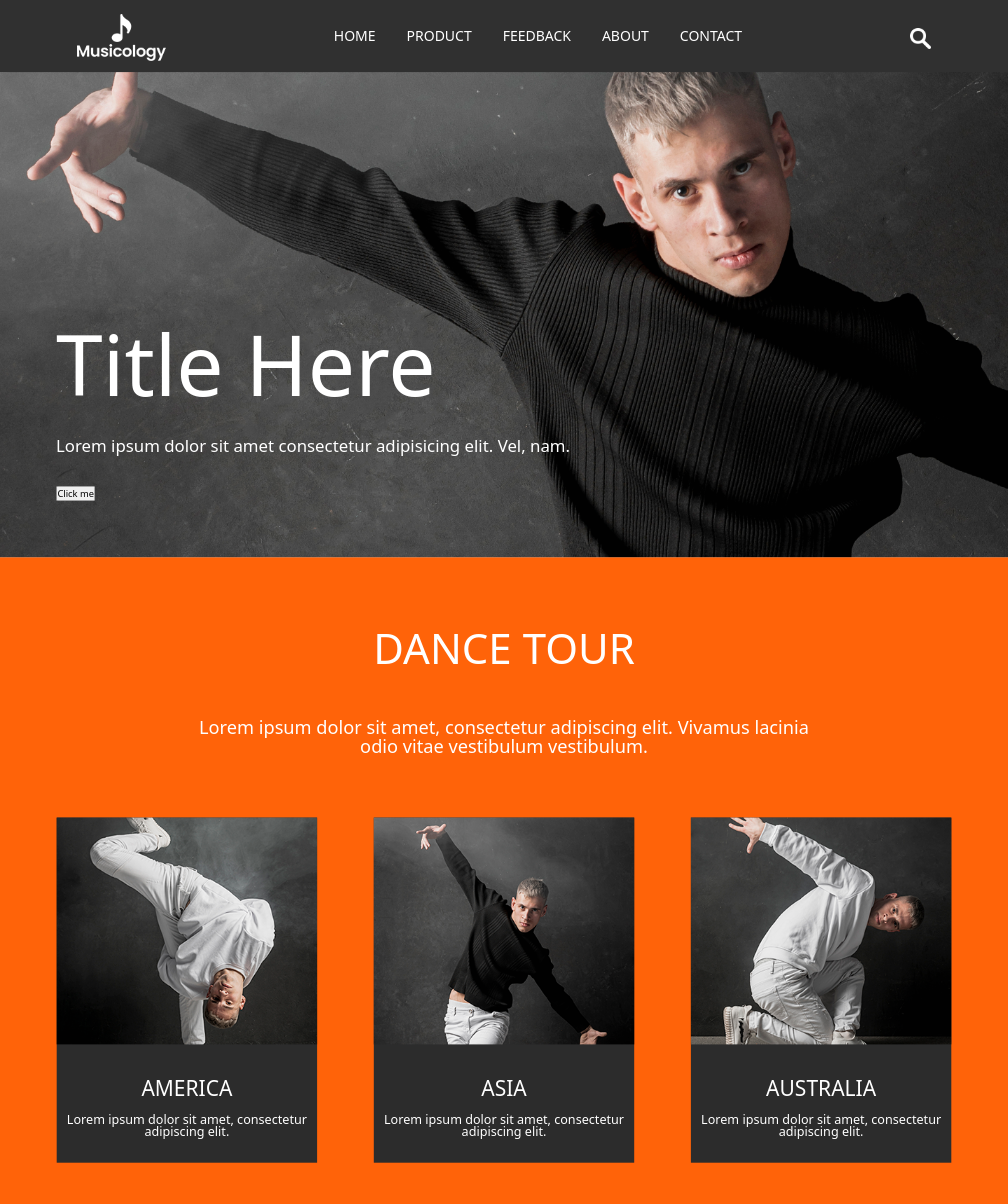
Repository: KinD2704/Web-University
Page: Bai30/index.html
An editor plug-in stored every save of this project. The page is shown before and after the next save, followed by the edit.
The browser window is 1280 px wide. The page is 1440 px wide, so the pictures cover 1440 px, including what lies to the right of the window. The pictures show the part of the page from y = 0 to 1720 px (the page is 7257 px tall), at 70% of full size.

Above is the page before, as saved 2023-12-24 00:59:32.

### Bai30/index.html
<!DOCTYPE html>
<html lang="en">

<head>
    <meta charset="UTF-8" />
    <meta name="viewport" content="width=device-width, initial-scale=1.0" />
    <title>les 30 percent</title>
    <link rel="stylesheet" href="https://cdnjs.cloudflare.com/ajax/libs/font-awesome/6.5.1/css/all.min.css">
    <link rel="stylesheet" href="css/reset.css" />
    <link rel="stylesheet" href="css/global.css">
    <link rel="stylesheet" href="css/styles.css" />
</head>

<body>
    <!-- Header -->
    <header>
        <div class="container d-flex justify-space-around">
            <div>
                <img src="img/logo.png" alt="logo" class="logo1" />
            </div>
            <div>
                <ul>
                    <li><a href="#!" class="text-white transition-05">HOME</a></li>
                    <li><a href="#!" class="text-white transition-05">PRODUCT</a></li>
                    <li><a href="#!" class="text-white transition-05">FEEDBACK</a></li>
                    <li><a href="#!" class="text-white transition-05">ABOUT</a></li>
                    <li><a href="#!" class="text-white transition-05">CONTACT</a></li>
                </ul>
            </div>
            <div>
                <img src="img/search.png" alt="search" class="search" />
            </div>
        </div>
    </header>

    <div class="banner1">
        <div class="banner1__item">
            <div class="banner1__text">
                <p class="text-white">Title Here</p>
            </div>
            <div class="banner1__text2">
                <p class="text-white">Lorem ipsum dolor sit amet consectetur adipisicing elit. Vel, nam.</p>
            </div>
            <div>
                <button class="buttonBtn transition-05">Click me</button>
            </div>
        </div>
    </div>
    <div class="banner2 h-974">
        <div class="banner2__container">
            <div class="banner2__text banner2__text1">
                <p class="text-white text-up">Dance Tour</p>
            </div>
            <div class="banner2__text banner2__text2">
                <p class="text-white">
                    Lorem ipsum dolor sit amet, consectetur adipiscing elit.
                    Vivamus lacinia odio vitae vestibulum vestibulum.
                </p>
            </div>
            <div class="banner2__item d-flex justify-space-evenly">
                <div class="banner2__item1">
                    <img src="img/item1.png" alt="" />
                    <p>AMERICA</p>
                    <p>
                        Lorem ipsum dolor sit amet, consectetur adipiscing
                        elit.
                    </p>
                </div>
                <div class="banner2__item1">
                    <img src="img/item2.png" alt="" />
                    <p>ASIA</p>
                    <p>
                        Lorem ipsum dolor sit amet, consectetur adipiscing
                        elit.
                    </p>
                </div>
                <div class="banner2__item1">
                    <img src="img/item3.png" alt="" />
                    <p>AUSTRALIA</p>
                    <p>
                        Lorem ipsum dolor sit amet, consectetur adipiscing
                        elit.
                    </p>
                </div>
            </div>
        </div>
    </div>
    <div class="banner3">
        <div class="banner2__container">
            <div class="banner2__text banner2__text1">
                <p class="text-white text-up">PRICING</p>
            </div>
            <div class="banner2__text banner2__text2">
                <p class="text-white">
                    The Latest Dance Industry Statistics Unveiled
                </p>
            </div>
            <div class="banner2__item d-flex justify-space-evenly">
                <div class="banner3__item1">
                    <div class="imgBasic"><img src="img/basic.png" alt=""></div>
                    <p>basic</p>
                    <p>Lorem ipsum dolor sit amet, consectetur adipiscing elit</p>
                    <div class="bannerBtn"><button>$150.00</button></div>
                </div>
                <div class="banner3__item1">
                    <div class="imgBasic"><img src="img/basic.png" alt="" /></div>
                    <p>Professional</p>
                    <p>Lorem ipsum dolor sit amet, consectetur adipiscing elit</p>
                    <div class="bannerBtn"><button>$200.00</button></div>
                </div>
                <div class="banner3__item1">
                    <div class="imgBasic"><img src="img/basic.png" alt="" /></div>
                    <p>Ultimate</p>
                    <p>Lorem ipsum dolor sit amet, consectetur adipiscing elit</p>
                    <div class="bannerBtn"><button>$250.00</button></div>
                </div>
            </div>
        </div>
        <div class="banner4 h-974">
            <div class="banner4__container d-flex">
                <div class="banner4__item1">
                    <img src="img/anh-banner4.png" alt="" class="h-974">
                </div>
                <div class="banner4__item2">
                    <p class="p1">BREAKING DANCE</p>
                    <p class="p2">the dancers who perform it. Breaking is popular in many places, but many people do not
                        understand it </p>
                    <div class="bannerBtn1"><button class="banner5-Btn">READ MORE</button></div>
                </div>

            </div>
        </div>
        <div class="banner5 h-974">
            <div class="banner5__container d-flex">
                <div class="banner5__item1">
                    <p class="p1">STREET DANCE</p>
                    <p class="p2">Street dance is a type of dance genre that came to being outside the traditional dance
                        studio</p>
                    <div class="bannerBtn1"><button class="banner5-Btn">READ MORE</button></div>
                </div>
                <div class="banner5__item2">
                    <img src="img/anh-banner5.png" alt="" class="h-974">
                </div>
            </div>
        </div>
        <div class="banner6 h-974">
            <div class="banner2__container">
                <div class="banner2__text banner2__text1">
                    <p class="text-up text-white">Our Statistics</p>
                </div>
                <div class="banner2__text banner2__text2">
                    <p class="text-white">
                        The survey was conducted from November 2022 to January
                        2023, for the reporting period of 2022.
                    </p>
                </div>
                <div class="banner6__item d-flex justify-space-evenly">
                    <div class="banner6__item1">
                        <p class="text-white">1240+</p>
                        <p class="text-white">Club</p>
                    </div>
                    <div class="banner6__item1">
                        <p class="text-white">2000+</p>
                        <p class="text-white">Active member</p>
                    </div>
                    <div class="banner6__item1">
                        <p class="text-white">1000+</p>
                        <p class="text-white">Community</p>
                    </div>
                </div>
            </div>
            <div class="banner7 h-974">
                <div></div>
            </div>
            <div class="banner8">
                <div class="banner2__container">
                    <div class="banner2__text banner2__text1">
                        <p class="text-up text-white">Subscribe</p>
                    </div>
                    <div class="banner2__text banner2__text2">
                        <p class="text-white">
                            The survey was conducted from November 2022 to January
                            2023, for the reporting period of 2022.
                        </p>
                    </div>
                    <div class="contact-email d-flex">
                        <input type="text" placeholder="Your Email" class="yourEmail">
                        <button class="subscribe text-white transition-05">SUBSCRIBE</button>
                    </div>
                </div>
            </div>
            <div class="banner9">
                <div class="banner9__container d-flex justify-space-around">
                    <div class="col-1 d-flex">
                        <p class="text-up">Musicology</p>
                        <p>
                            Lorem ipsum dolor sit amet consectetur adipisicing elit. Sapiente enim repudiandae provident necessitatibus aspernatur distinctio veniam exercitationem veritatis sunt tenetur.
                        </p>
                        <span class="col-1__p3">
                            <i class="fa-brands fa-facebook"></i>
                            <i class="fa-brands fa-instagram"></i>
                            <i class="fa-brands fa-twitter"></i>
                        </span>
                    </div>
                    <div>
                        <div class="col-2 d-flex">
                            <p>ABOUT</p>
                            <p>History</p>
                            <p>Our Team</p>
                            <p>About Me</p>
                            <p>Condition</p>
                            <p>Privacy Policy</p>
                        </div>
                    </div>
                    <div>
                        <div class="col-2 d-flex">
                            <p>OTHER</p>
                            <p>Contact us</p>
                            <p>Help</p>
                            <p>Privacy</p>
                        </div>
                    </div>
                </div>
            </div>

            <!-- Footer -->
            <footer></footer>
</body>

</html>

### Bai30/css/reset.css
article,
aside,
details,
figcaption,
figure,
footer,
header,
hgroup,
menu,
nav,
section {
    display: block;
}
body {
    line-height: 1;
}
ol,
ul {
    list-style: none;
}
blockquote,
q {
    quotes: none;
}
blockquote:before,
blockquote:after,
q:before,
q:after {
    content: "";
    content: none;
}
table {
    border-collapse: collapse;
    border-spacing: 0;
}

### Bai30/css/global.css
.h-974 {
    height: 974px;
}
.text-up {
    text-transform: uppercase;
}
.d-flex {
    display: flex;
}
.text-white {
    color: #ffffff;
}
.justify-space-evenly {
    justify-content: space-evenly;
}
.justify-space-around {
    justify-content: space-around;
}
.transition-05 {
    transition: 0.5s;
}

### Bai30/css/styles.css
* {
    margin: 0;
    padding: 0;
    font-family: system-ui, -apple-system, BlinkMacSystemFont, "Segoe UI",
        Roboto, Oxygen, Ubuntu, Cantarell, "Open Sans", "Helvetica Neue",
        sans-serif;
    box-sizing: border-box;
}
body {
    width: 1440px;
    margin: 0 auto;
}
/* Header */
header {
    position: fixed;
    width: 1440px;
    height: 103px;
    background-color: #303030;
    z-index: 100;
}
.container {
    line-height: 103px;
}
.container .search {
    font-size: 28px;
    margin-top: 40px;
}
.container .logo1 {
    margin-top: 20px;
}
header ul li {
    display: inline-block;
}
header ul li a {
    text-decoration: none;
    font-size: 20px;
    margin: 0 20px;
}
header ul li:hover a {
    color: orange;
}
/* banner 1 */
.banner1 {
    background-image: url("../img/banner1.png");
    height: 796px;
    background-repeat: no-repeat;
    background-size: cover;
    position: relative;
}
.banner1__item {
    position: absolute;
    bottom: 80px;
    left: 80px;
}
.banner1__text p {
    font-size: 120px;
}
.banner1__text2 p {
    font-size: 24px;
    padding: 45px 0;
}
.banner1__item button {
}
/* banner 2 */
.banner2 {
    background-image: url("../img/banner2.png");
}
.banner2__container {
    padding: 100px 0;
}
.banner2__text1 p {
    font-size: 60px;
    text-align: center;
}
.banner2__text2 p {
    font-size: 26px;
    text-align: center;
    width: 892px;
    margin: 0 auto;
    margin-top: 70px;
    margin-bottom: 90px;
}
/* item */
.banner2__item1 {
    background-image: url("/img/background-item.png");
    width: 372px;
    height: 493px;
}

.banner2__item1 p {
    color: #ffffff;
    width: 372px;
}
.banner2__item1 p:first-of-type {
    display: block;
    font-size: 30px;
    text-align: center;
    margin-top: 45px;
}
.banner2__item1 p:last-of-type {
    display: block;
    font-size: 18px;
    text-align: center;
    margin-bottom: 40px;
    margin-top: 20px;
}

/* banner3 */
.banner3 {
    background-image: url("../img/banner3.png");
    height: 974px;
}
.banner3__item1 {
    color: white;
    background-image: url("../img/background-item-1.png");
    width: 372px;
    height: 493px;
}
.banner3__item1 .imgBasic {
    width: 372px;
    text-align: center;
    margin: 60px auto;
}
.banner3__item1 p:first-of-type {
    display: block;
    font-size: 30px;
    text-align: center;
    text-transform: uppercase;
    margin-bottom: 30px;
}
.banner3__item1 p:last-of-type {
    display: block;
    font-size: 18px;
    text-align: center;
    margin-bottom: 30px;
}
.banner3__item1 .bannerBtn {
    margin: 0 auto;
    width: 372px;
    text-align: center;
}
.banner3__item1 button,
.banner5-Btn {
    height: 70px;
    width: 80%;
    text-align: center;
    color: white;
    background-color: #303030;
    border-radius: 5px;
    font-size: 20px;
    transition: 0.5s;
}
.bannerBtn:hover button,
.banner5-Btn:hover,
.subscribe:hover {
    background-color: gold;
    cursor: pointer;
    color: sienna;
}
/* Banner 4 */
.banner4 {
    background-image: url("../img/banner4.png");
}
.banner4__item1,
.banner4__item2,
.banner5__item1,
.banner5__item2 {
    flex-basis: 50%;
}
.banner4__item1 img,
.banner5__item2 img {
    width: 100%;
    object-fit: cover;
}
.banner4__item2,
.banner5__item1 {
    color: white;
    padding-left: 60px;
    padding-right: 60px;
}
/* Banner 5 */
.banner5 {
    background-image: url("../img/banner5.png");
}
.banner5-Btn {
    width: 40%;
    margin-bottom: 270px;
}
.p1 {
    font-size: 60px;
    text-transform: uppercase;
    margin-top: 300px;
}
.p2 {
    font-size: 26px;
    margin: 0 auto;
    margin-top: 70px;
    margin-bottom: 90px;
}
/* banner 6 */
.banner6 {
    background-image: url("../img/banner6.png");
}
.banner6__item p:first-of-type {
    font-size: 50px;
    text-align: center;
    margin-bottom: 20px;
}
.banner6__item p:last-of-type {
    font-size: 35px;
    text-align: center;
}
/* Banner 7 */
.banner7 {
    background-image: url("../img/banner7-1.png");
}
/* Banner 8 */
.banner8 {
    background-image: url("../img/banner8.png");
    height: 579px;
}
.contact-email {
    width: 770px;
    height: 70px;
    margin: 0 auto;
}
.yourEmail {
    flex-basis: 70%;
}
.subscribe {
    flex-basis: 30%;
    background-color: #303030;
}
/* Banner 9 */
.banner9 {
    background-image: url("../img/banner9.png");
    height: 470px;
}
.banner9__container {
    padding-top: 125px;
    padding-bottom: 80px;
}
.col-1,
.col-2 {
    flex-direction: column;
    flex-basis: 25%;
    color: white;
}
.col-1 p {
    padding: 20px 0;
    transition: 0.5s;
}
.col-1 .col-1__p3 i {
    margin: 0 5px;
}
.col-2 p {
    transition: 0.5s;
}
.col-2 p:first-of-type {
    padding: 20px 0;
}
.col-2 p:not(:first-of-type) {
    padding: 5px 0;
}
.col-1 p:hover,
.col-2 p:hover {
    color: orange;
}

After the next save:
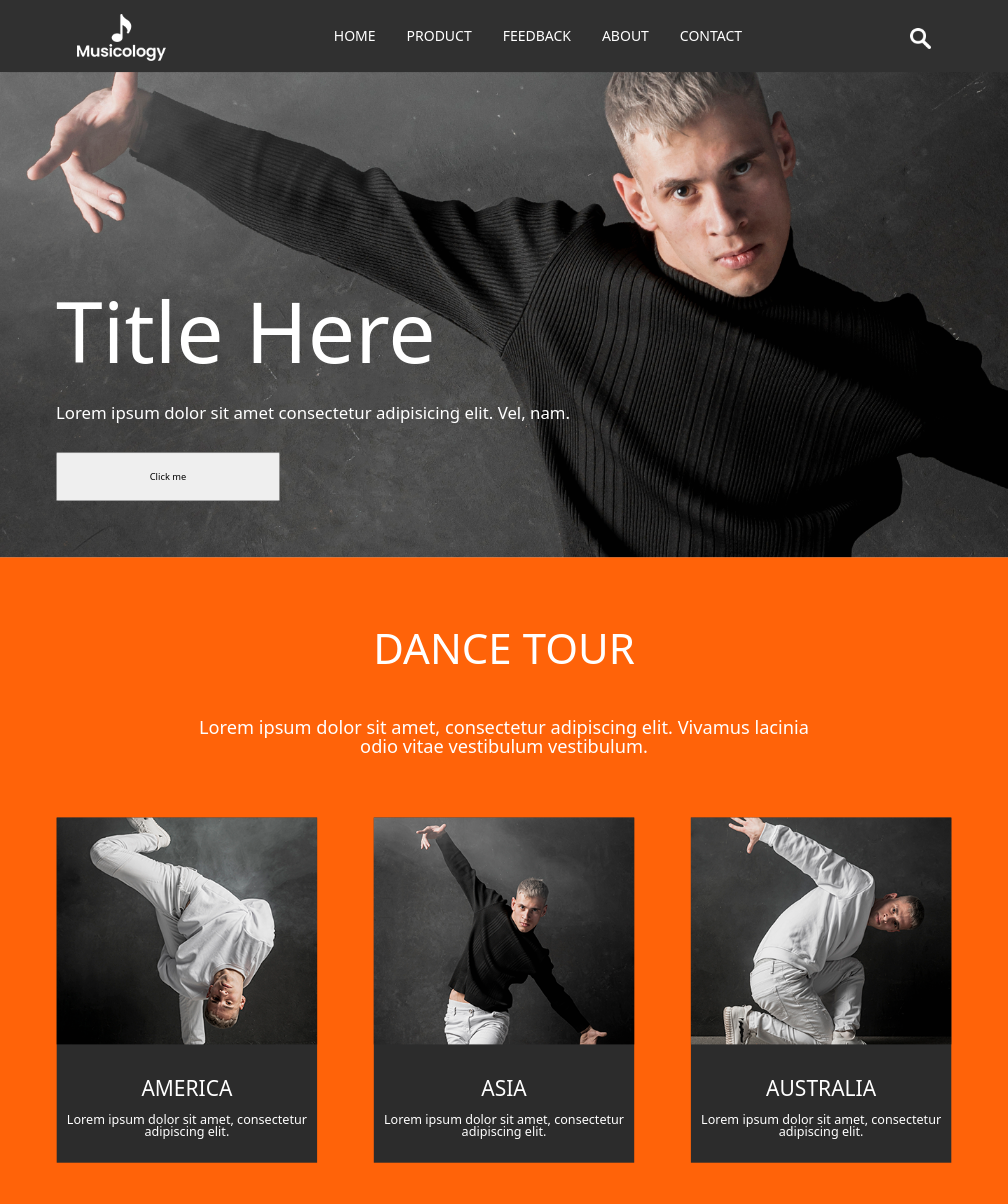
Saved 28 s later.
--- a/Bai30/css/styles.css
+++ b/Bai30/css/styles.css
@@ -60,6 +60,8 @@ header ul li:hover a {
     padding: 45px 0;
 }
 .banner1__item button {
+    width: 320px;
+    height: 70px;
 }
 /* banner 2 */
 .banner2 {
